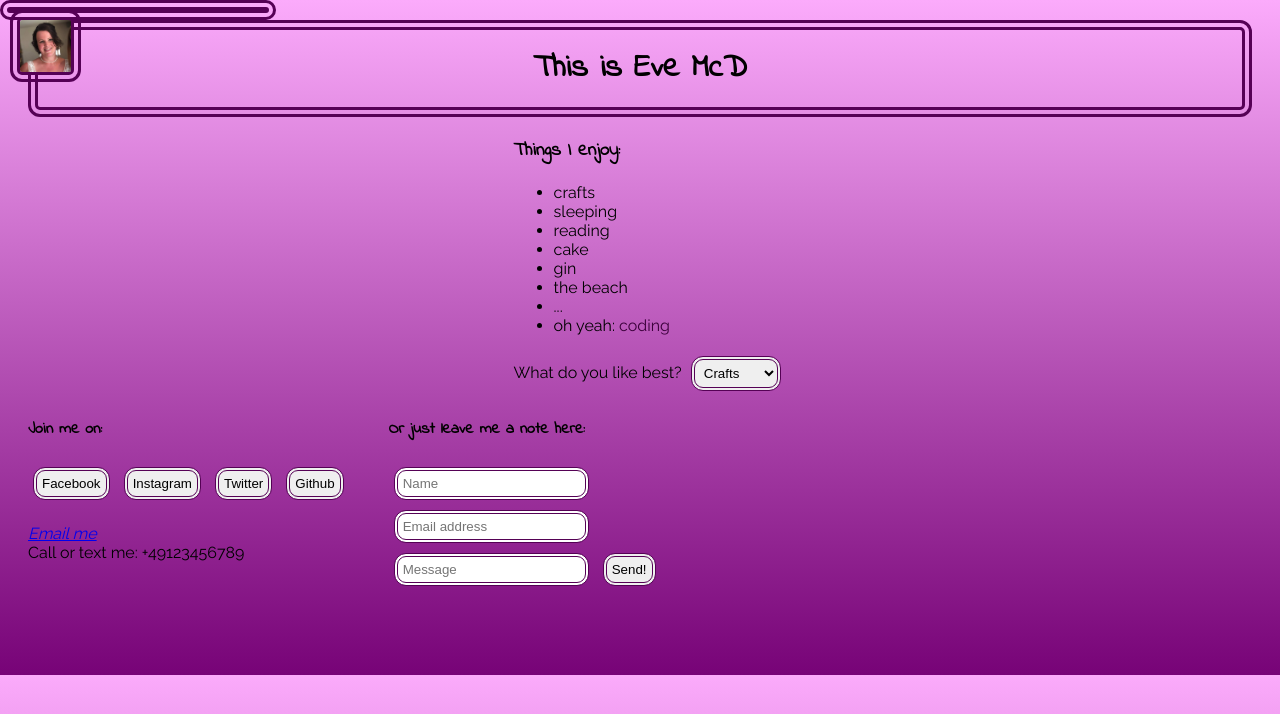
Repository: evemcd/Strive-Ignite-W1
Page: index.html
These files come from the project's save history. The page is drawn as it stood at one moment and after the next save; the edit follows.
The browser window is 1280 px wide. The pictures show the whole page.

Above is the page before, as saved 2021-01-17 20:34:53.

### index.html
<!DOCTYPE html>
<html>

<head>
    <title>Eve McDermott</title>
    <link rel="stylesheet" href="styles.css" />
    <link rel="preconnect" href="https://fonts.gstatic.com">
    <link rel="preconnect" href="https://fonts.gstatic.com">
    <link href="https://fonts.googleapis.com/css2?family=Indie+Flower&family=Raleway&display=swap" rel="stylesheet">
    <meta name="viewport" content="width=device-width, initial-scale=1.0">
</head>

<body>
    <div id="header">
        <div class="header-title">
            <h1>This is Eve McD</h1>
        </div>
        <div class="header-image">
            <img src="Eve.jpg" class="header-image" alt="photo of Eve McD" />
        </div>
    </div>
    <div class="hobbies">
        <h3>Things I enjoy:</h3>
        <ul>
            <li>crafts</li>
            <li>sleeping</li>
            <li>reading</li>
            <li>cake</li>
            <li>gin</li>
            <li>the beach</li>
            <li>...</li>
            <li>oh yeah: <span style="color: rgb(59, 0, 59);">coding</span></li>
        </ul>
    </div>

    <div class="hobbies">
        <label for="hobbies">What do you like best?</label>
        <select name="hobbies" id="hobbies" class="socialbutton">
            <option value="crafts">Crafts</option>
            <option value="sleeping">Sleeping</option>
            <option value="reading">Reading</option>
            <option value="cake">Cake</option>
            <option value="gin">Gin</option>
            <option value="beach">Beach</option>
            <option value="coding">Coding</option>
        </select>
    </div>
    <div class="container">
        <div class="div1">
            <h4>Join me on:</h4>
            <input type="button" href="www.facebook.com" value="Facebook" class="socialbutton" />
            <input type="button" href="www.instagram.com" value="Instagram" class="socialbutton" />
            <input type="button" href="www.twitter.com" value="Twitter" class="socialbutton" />
            <input type="button" href="www.github.com" value="Github" class="socialbutton" />
            <br><br>
            <address>
                <a href="mailto:eve@mcdermott.com">Email me </a>
            </address>
            Call or text me: +49123456789
            </p>
        </div>
        <div class="div1">
            <form>
                <h4>Or just leave me a note here:</h4>
                <input type="text" placeholder="Name" class="socialbutton" /><br>
                <input type="email" placeholder="Email address" class="socialbutton" /><br>
                <input type="text" placeholder="Message" class="socialbutton" />
                <input type="button" value="Send!" class="socialbutton" />
            </form>
        </div>
    </div>
    </div>
    <br><br><br><br>

</body>

</html>

### styles.css
body {
    background: rgb(251, 171, 251);
    background: linear-gradient(180deg, rgba(251, 171, 251, 1) 0%, rgba(119, 3, 119, 1) 100%);
    font-family: Raleway;
}

.div1 {
    display: inline-block;
    /* width: 40%; */
    vertical-align: top;
    margin: 0px 20px 0px 20px;
}

.container {
    display: flex;
    flex-flow: column wrap;
    flex-direction: row;
    justify-content: flex-start;
}

h1 {
    padding: 15px;
    margin: 20px;
    border: 10px double rgb(85, 1, 85);
    border-radius: 12px;
    text-align: center;
}

h1,
h2,
h3,
h4,
h5,
h6 {
    font-family: Indie Flower;
}

.textcenter {
    text-align: center;
}

.center {
    display: block;
    margin-left: auto;
    margin-right: auto;
    width: 20%;
    border: 10px double rgb(85, 1, 85);
    border-radius: 12px;
}

/* #header {
    width: 100%;
    height: 30vh;
    position: relative;
    background-color: red;
} */

/* .box1 {
    width: 100px;
    height: 100px;
    background-color: green;
    position: absolute;
    top: 10px;
    left: 10px;
    z-index: 2;
} */

.header-image {
    width: 20%;
    position: absolute;
    top: 0;
    left: 0;
    border: 10px double rgb(85, 1, 85);
    border-radius: 12px;
}

.socialbutton {
    border: 4px double rgb(85, 1, 85);
    border-radius: 12px;
    padding: 5px;
    margin: 5px;
}

.hobbies {
    margin-left: 40%;
}

@media screen and (max-width: 992px) {
    .div1 {
        display: inline-block;
        width: 100%;
        vertical-align: top;
    }

    .hobbies {
        margin-left: 10%;
    }
}

After the next save:
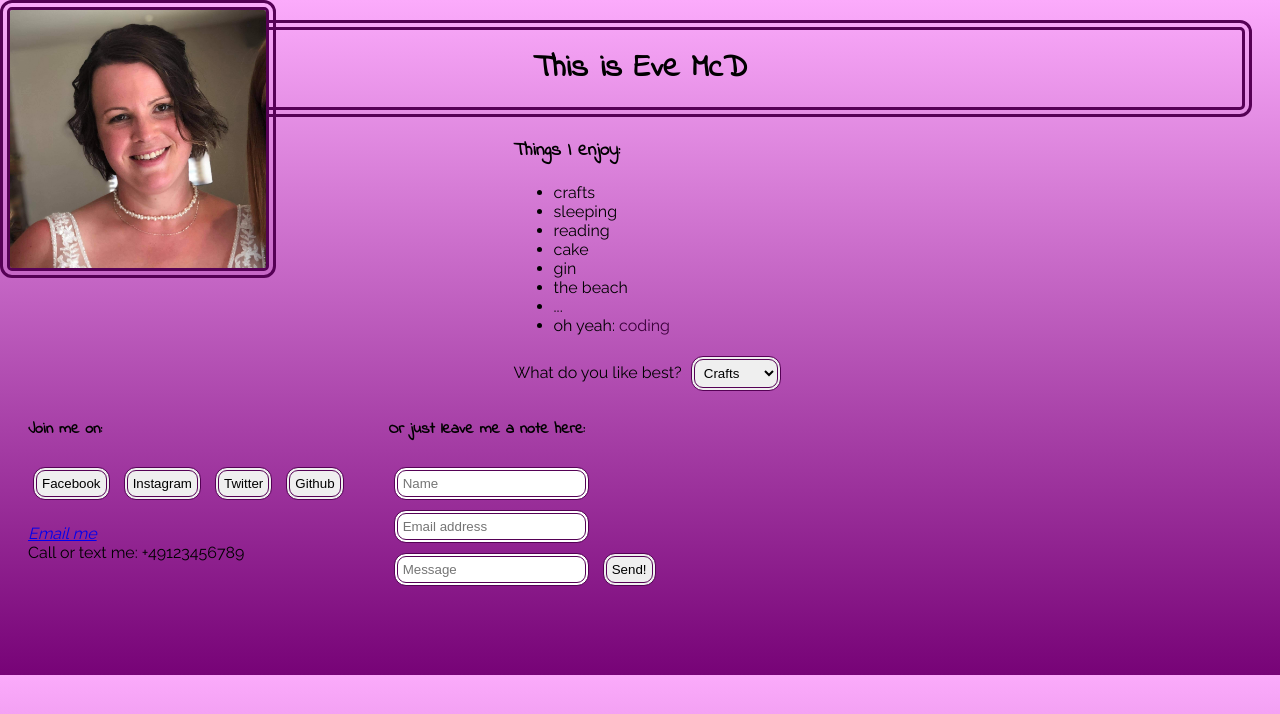
Saved 17 s later.
--- a/index.html
+++ b/index.html
@@ -15,10 +15,8 @@
         <div class="header-title">
             <h1>This is Eve McD</h1>
         </div>
-        <div class="header-image">
-            <img src="Eve.jpg" class="header-image" alt="photo of Eve McD" />
+                    <img src="Eve.jpg" class="header-image" alt="photo of Eve McD" />
         </div>
-    </div>
     <div class="hobbies">
         <h3>Things I enjoy:</h3>
         <ul>
